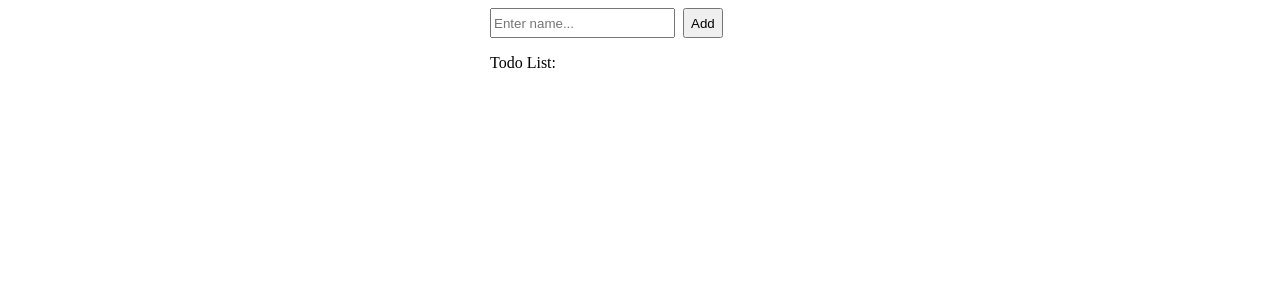
Repository: dohuuxuyen/redux-todolist
Page: /
An editor plug-in stored every save of this project. The page is shown before and after the next save, followed by the edit.
The browser window is 1280 px wide. The pictures show the whole page.
The project was rebuilt for these pictures with package versions that can differ from the ones it lists, and the page was loaded fresh each time. Also part of the build but not shown: src/App.css.

Above is the page before, as saved 2022-04-30 14:58:16.

After the next save:
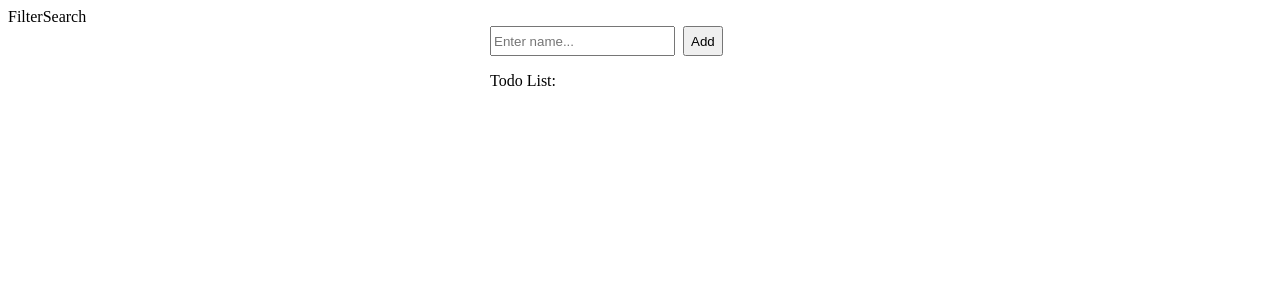
Saved 15 s later.
--- a/src/App.js
+++ b/src/App.js
@@ -1,9 +1,11 @@
 import "./App.css";
+import FilterSearch from "./components/Filter/FilterSearch";
 import Todos from "./components/Todos/Todos";
 
 function App() {
   return (
     <div className="App">
+      <FilterSearch />
       <Todos />
     </div>
   );
